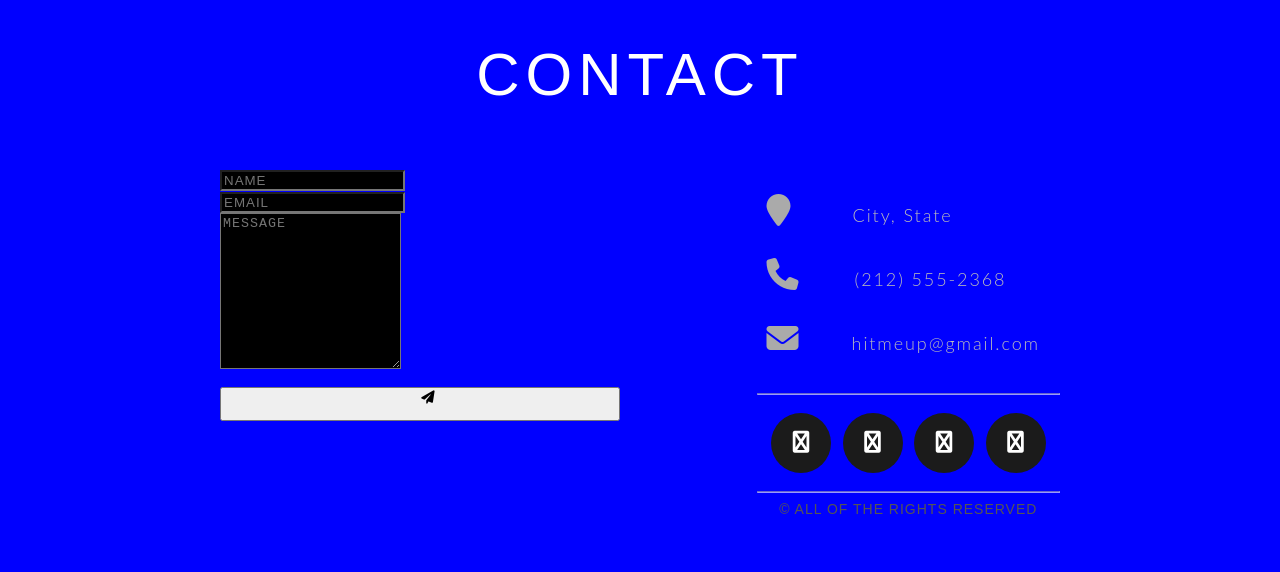
Repository: 365dayschallenge/interface_uniliver
Page: contact.html
An editor plug-in stored every save of this project. The page is shown before and after the next save, followed by the edit.
The browser window is 1280 px wide. The pictures show the whole page.

Above is the page before, as saved 2022-12-18 18:17:39.

After the next save:
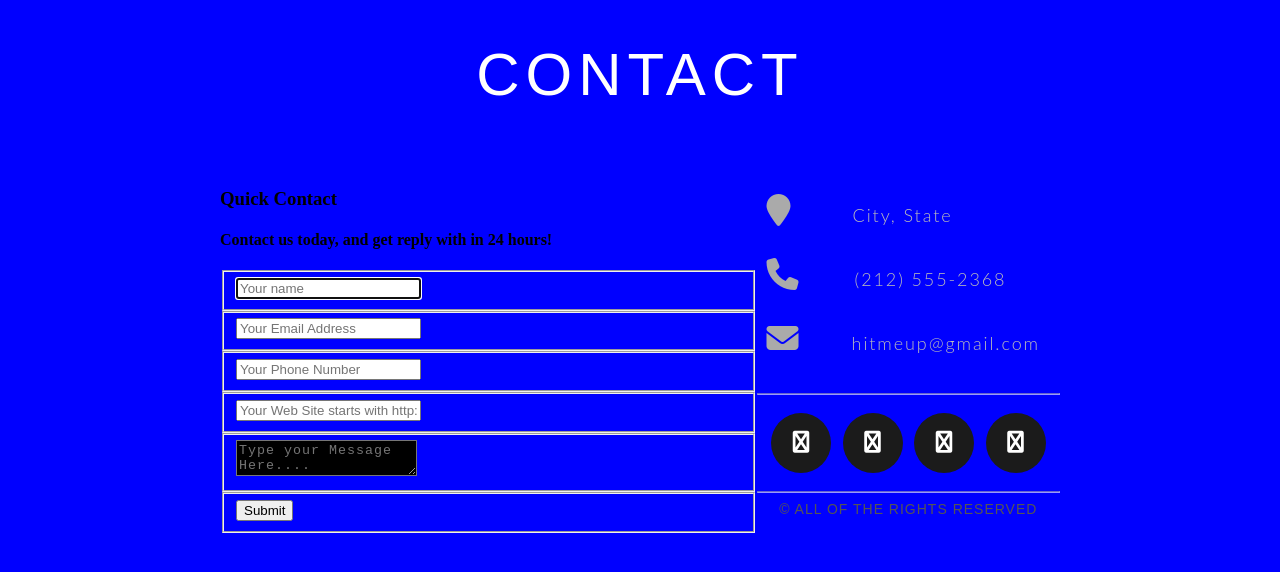
Saved 68 s later.
--- a/contact.html
+++ b/contact.html
@@ -21,31 +21,28 @@
   <div class="contact-wrapper">
 
   <!-- Left contact page -->
-
-    <form id="contact-form" class="form-horizontal" role="form">
-
-      <div class="form-group">
-        <div class="col-sm-12">
-          <input type="text" class="form-control" id="name" placeholder="NAME" name="name" value="" required>
-        </div>
-      </div>
-
-      <div class="form-group">
-        <div class="col-sm-12">
-          <input type="email" class="form-control" id="email" placeholder="EMAIL" name="email" value="" required>
-        </div>
-      </div>
-
-      <textarea class="form-control" rows="10" placeholder="MESSAGE" name="message" required></textarea>
-
-      <button class="btn btn-primary send-button" id="submit" type="submit" value="SEND">
-        <div class="alt-send-button">
-          <i class="fa fa-paper-plane"></i><span class="send-text">SEND</span>
-        </div>
-
-      </button>
-
-    </form>
+  <form id="contact" action="" method="post">
+    <h3>Quick Contact</h3>
+    <h4>Contact us today, and get reply with in 24 hours!</h4>
+    <fieldset>
+      <input placeholder="Your name" type="text" tabindex="1" required autofocus>
+    </fieldset>
+    <fieldset>
+      <input placeholder="Your Email Address" type="email" tabindex="2" required>
+    </fieldset>
+    <fieldset>
+      <input placeholder="Your Phone Number" type="tel" tabindex="3" required>
+    </fieldset>
+    <fieldset>
+      <input placeholder="Your Web Site starts with http://" type="url" tabindex="4" required>
+    </fieldset>
+    <fieldset>
+      <textarea placeholder="Type your Message Here...." tabindex="5" required></textarea>
+    </fieldset>
+    <fieldset>
+      <button name="submit" type="submit" id="contact-submit" data-submit="...Sending">Submit</button>
+    </fieldset>
+  </form>
 
   <!-- Left contact page -->
 
